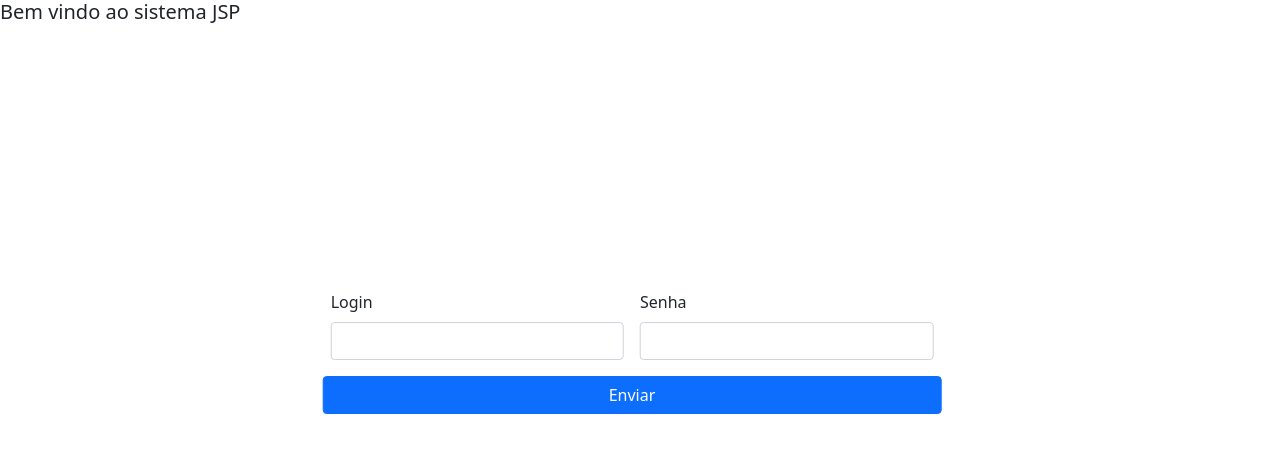
Repository: EduCarmo/PROJETO_JAVA-JSP_JDBC_SQL_JAVA
Page: http://localhost/curso-jsp/
The author's editor kept a copy of each file at every save. The page is drawn from the files as they stood at one save, then again after the next save.
The browser window is 1280 px wide. The pictures show the whole page.
The page is served by Tomcat 10. Other server files are loaded and not shown.

Above is the page before, as saved 2024-03-13 22:14:15.

### curso-jsp/src/main/webapp/index.jsp
<%@ page language="java" contentType="text/html; charset=UTF-8"
	pageEncoding="UTF-8"%>
<!DOCTYPE html>
<html lang="pt-BR">
<head>
<meta charset="UTF-8">
<meta name="viewport" content="width=device-width, initial-scale=1">

<link
	href="https://cdn.jsdelivr.net/npm/bootstrap@5.0.2/dist/css/bootstrap.min.css"
	rel="stylesheet"
	integrity="sha384-EVSTQN3/azprG1Anm3QDgpJLIm9Nao0Yz1ztcQTwFspd3yD65VohhpuuCOmLASjC"
	crossorigin="anonymous">

<title>Curso JSP</title>

<link rel="stylesheet" href="style/style.css">

</head>
<body>

	<h5>Bem vindo ao sistema JSP</h1>

	<form action="ServletLogin" method="post" class="row g-3">

		<input type="hidden" value="<%=request.getParameter("url")%>"
			name="url">

		<div class="col-md-6">
			<label class="form-label">Login</label>
			<input name="login" type="text" class="form-control">
		</div>

		<div class="col-md-6">
			<label class="form-label">Senha</label>
			<input name="senha" type="password" class="form-control">
		</div>

		<input type="submit" value="Enviar" class="btn btn-primary">
	</form>

	<h4>${msg}</h4>

	<script
		src="https://cdn.jsdelivr.net/npm/bootstrap@5.0.2/dist/js/bootstrap.bundle.min.js"
		integrity="sha384-MrcW6ZMFYlzcLA8Nl+NtUVF0sA7MsXsP1UyJoMp4YLEuNSfAP+JcXn/tWtIaxVXM"
		crossorigin="anonymous"></script>

</body>
</html>

### curso-jsp/src/main/webapp/style/style.css
@charset "UTF-8";

form{
	position: absolute;
	top: 50%;
	left: 50%;
	transform: translate(-50%,-50%);
}

h1{
	position: absolute;
	top: 30%;
	left: 50%;
	transform: translate(-50%,-50%);

}

After the next save:
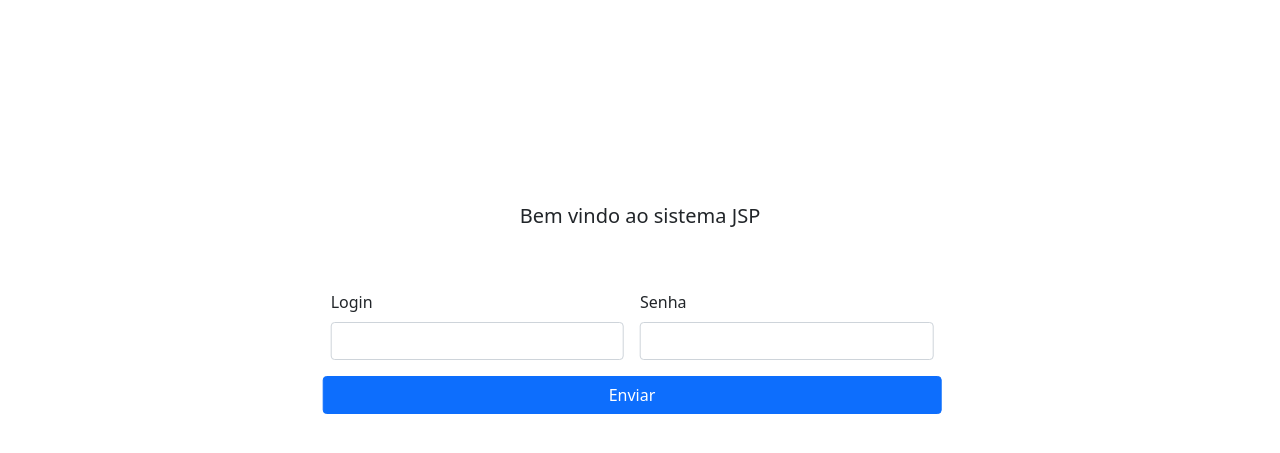
Saved 4 s later.
--- a/curso-jsp/src/main/webapp/style/style.css
+++ b/curso-jsp/src/main/webapp/style/style.css
@@ -7,7 +7,7 @@ form{
 	transform: translate(-50%,-50%);
 }
 
-h1{
+h5{
 	position: absolute;
 	top: 30%;
 	left: 50%;
